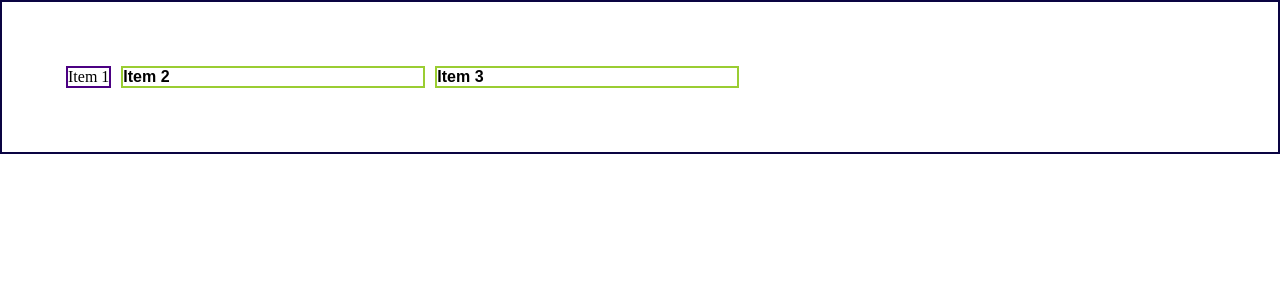
Repository: Elianmrey/TP1-Mobile-First
Page: EXERCISES/EX_4/index.html
These files come from the project's save history. The page is drawn as it stood at one moment and after the next save; the edit follows.
The browser window is 1280 px wide. The pictures show the whole page.

Above is the page before, as saved 2024-08-04 21:05:13.

### EXERCISES/EX_4/index.html
<!DOCTYPE html>
<html lang="en">
<head>
  <link href="style.css" rel="stylesheet" type="text/css" />
  <meta charset="UTF-8">
  <meta name="viewport" content="width=device-width, initial-scale=1.0">
  <title>Document</title>
</head>
<body>
   <div class="container">
    <div class="item it-diferente">Item 1</div>
    <div class="itens-iguais">Item 2</div>
    <div class="itens-iguais">Item 3 </div>
  </div>

</body>
</html>

### EXERCISES/EX_4/style.css
body
{
margin: 0;
padding: 0;
}

.container
{
  display: flex;
  flex-direction: row;
  gap: 10px;
  border: solid 2px rgb(10, 4, 66);
  padding: 5%;
}

 .itens-iguais
 {
display: flex;
width: 300px;
list-style: none;
font-family: sans-serif;
font-weight: 600;
border: solid 2px yellowgreen;
}

.it-diferente
{
flex-shrink: 2;
border: solid 2px indigo;
}

After the next save:
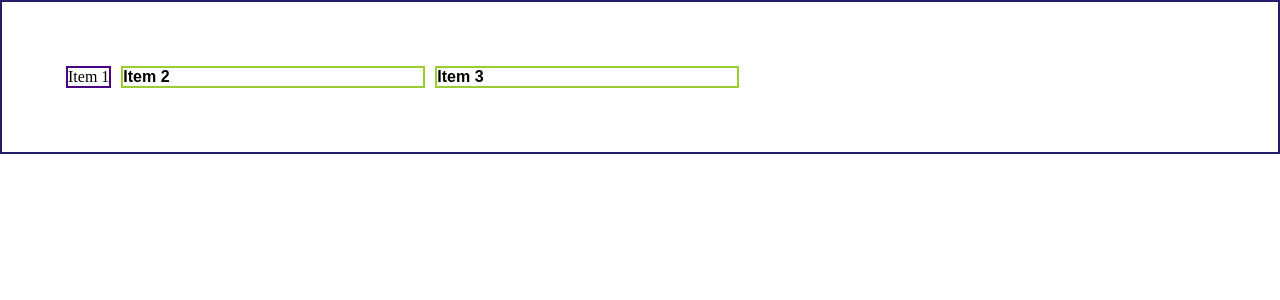
Saved 4 s later.
--- a/EXERCISES/EX_4/style.css
+++ b/EXERCISES/EX_4/style.css
@@ -9,7 +9,7 @@ padding: 0;
   display: flex;
   flex-direction: row;
   gap: 10px;
-  border: solid 2px rgb(10, 4, 66);
+  border: solid 2px rgb(36, 29, 107);
   padding: 5%;
 }
 
